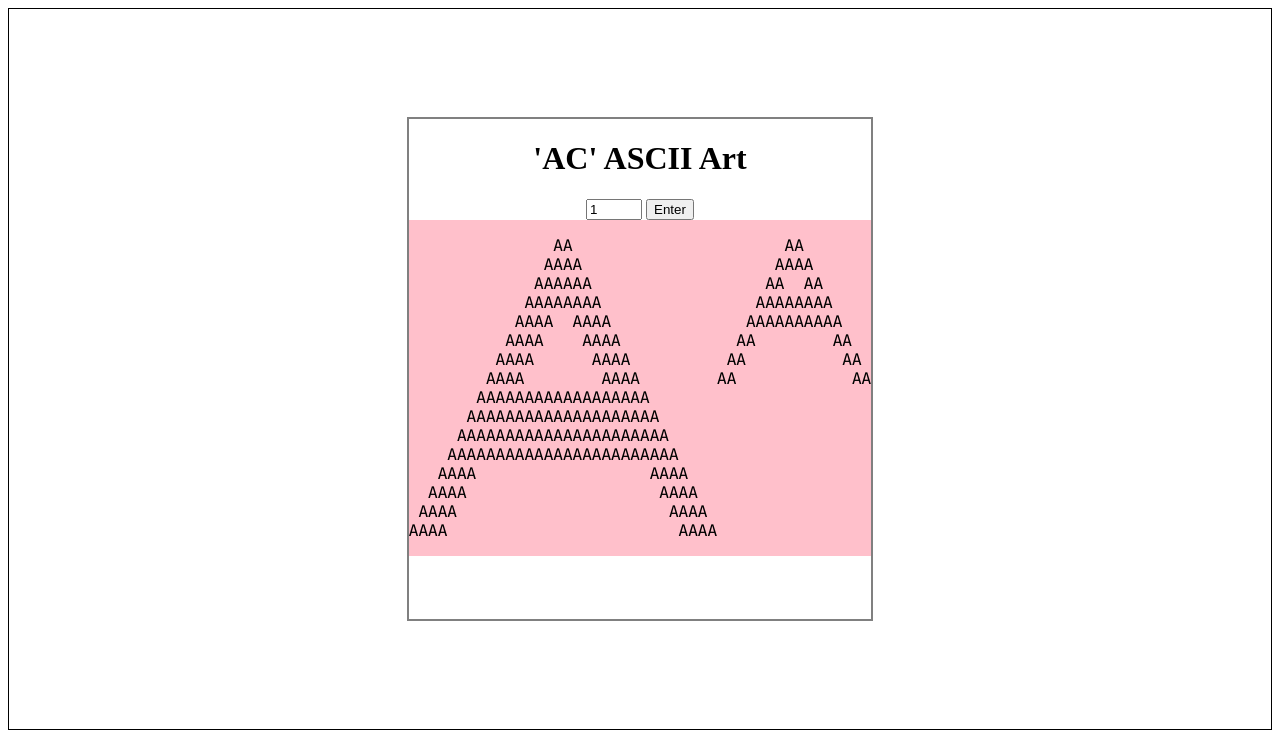
Repository: Achorn/ascii-art
Page: index.html
These files come from the project's save history. The page is drawn as it stood at one moment and after the next save; the edit follows.
The browser window is 1280 px wide. The pictures show the whole page.

Above is the page before, as saved 2021-08-09 18:03:44.

After the next save:
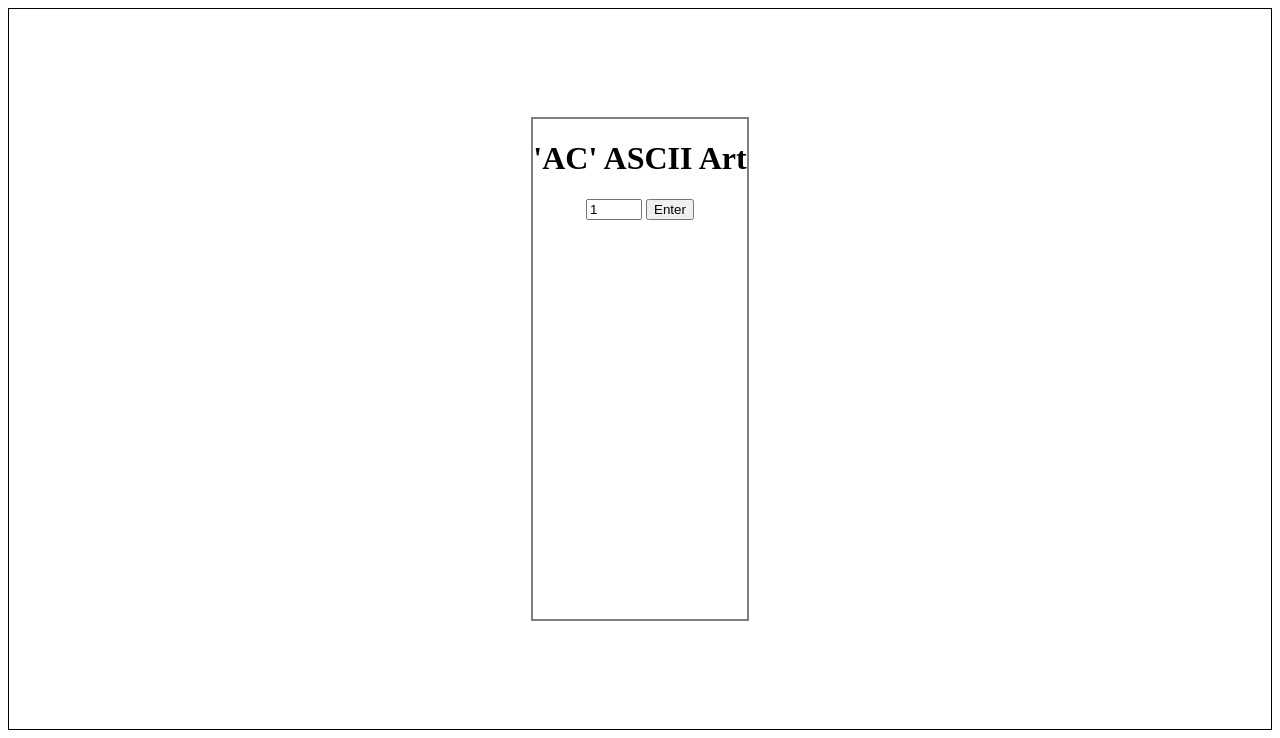
Console error: ReferenceError: scaled is not defined
Saved 78 s later.
--- a/myscripts.js
+++ b/myscripts.js
@@ -63,12 +63,14 @@ function trimA(arr, lWidth) {
 let monoA = document.getElementById("mono-a");
 let monoC = document.getElementById("mono-c");
 let scale = 4;
-let scaled = scaleSpread(four, scale);
+let scaledFour = scaleSpread(four, scale);
 trimA(scaled, scale);
 
+let scaledEight = scaledSpread(eight, 2);
+trimA(scaledEight, 2);
 // mono.innerHTML = halfArrToString(scaleSpread(four, 7));
 // monoA.style.fontSize = `${4 / scale / 2}em`;
 // monoC.style.fontSize = `${4 / scale}em`;
-monoA.innerHTML = halfArrToString(scaled);
-monoC.innerHTML = halfArrToString(eight);
+monoA.innerHTML = halfArrToString(scaledFour);
+monoC.innerHTML = halfArrToString(scaledEight);
 // mono.innerHTML += arrToString(scaleSpread(eight, 1));

After the 2 saves that followed:
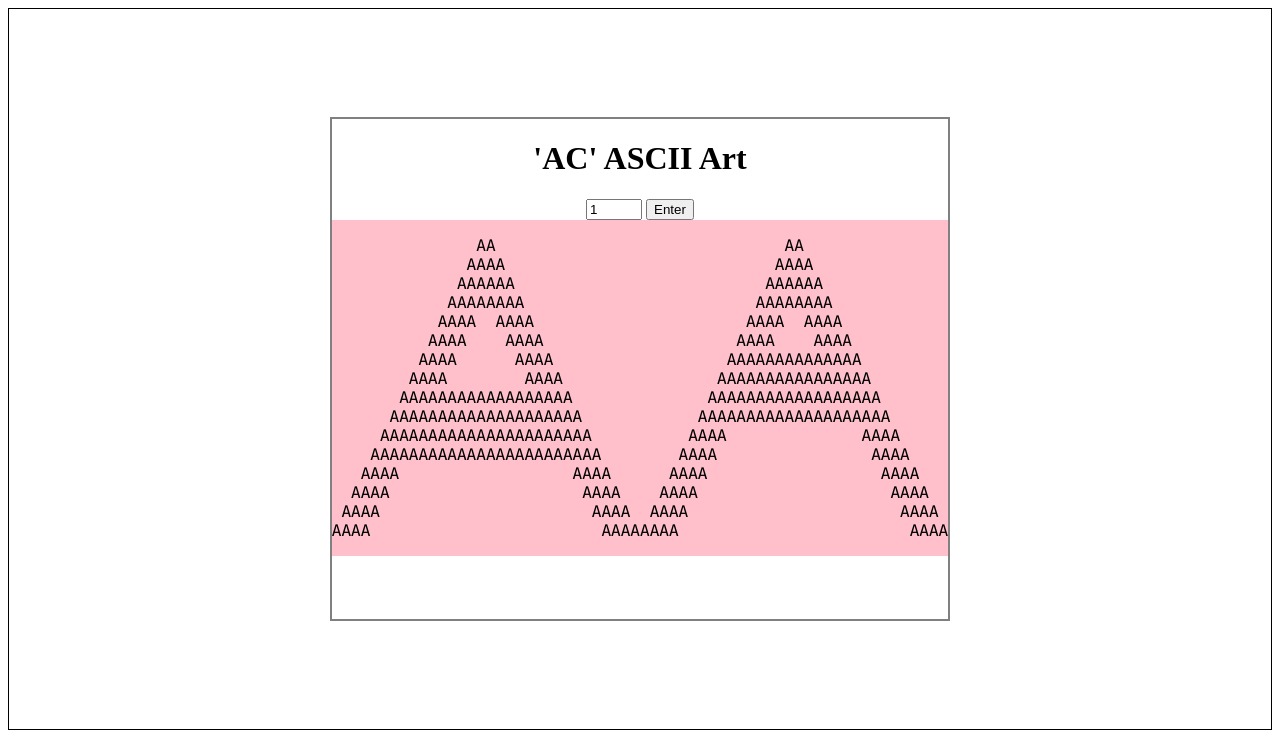
The error is gone.
The 2 saves are shown as one change because 1 left the picture as it was.
The last was saved 35 s later.
--- a/myscripts.js
+++ b/myscripts.js
@@ -64,9 +64,9 @@ let monoA = document.getElementById("mono-a");
 let monoC = document.getElementById("mono-c");
 let scale = 4;
 let scaledFour = scaleSpread(four, scale);
-trimA(scaled, scale);
+trimA(scaledFour, scale);
 
-let scaledEight = scaledSpread(eight, 2);
+let scaledEight = scaleSpread(eight, 2);
 trimA(scaledEight, 2);
 // mono.innerHTML = halfArrToString(scaleSpread(four, 7));
 // monoA.style.fontSize = `${4 / scale / 2}em`;
